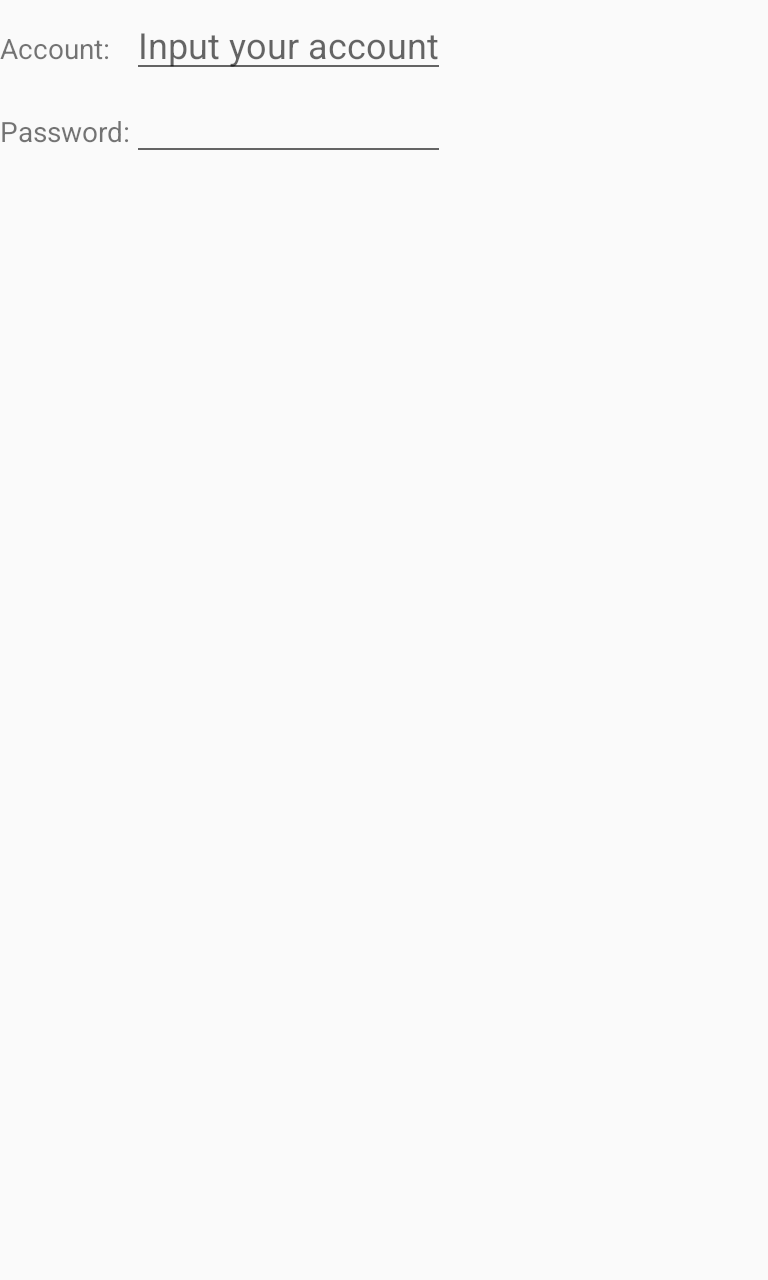
Repository: guyuzhilian/Programs
Layout: Android/UILayoutTest/res/layout/activity_main.xml
An editor plug-in stored every save of this project. The layout is shown before and after the next save, followed by the edit.
It is drawn on a 768 x 1280 px phone screen (xhdpi) without system bars, with theme AppTheme; the app's code is not run.

Above is the layout before, as saved 2015-06-25 08:47:28.

### Android/UILayoutTest/res/layout/activity_main.xml
<TableLayout xmlns:android="http://schemas.android.com/apk/res/android"
	android:layout_width="match_parent"
	android:layout_height="match_parent"
	>

    <TableRow>

        <TextView
            android:layout_height="wrap_content"
            android:text="Account:" />

        <EditText
            android:id="@+id/account"
            android:layout_height="wrap_content"
            android:hint="Input your account" />
    </TableRow>

	<TableRow>

	    <TextView
	        android:layout_height="wrap_content"
	        android:text="Password:" />

	    <EditText
	        android:id="@+id/password"
	        android:layout_height="wrap_content"
	        android:inputType="textPassword"
	        />
	</TableRow>
</TableLayout>

Loaded but not shown: Android/UILayoutTest/res/values/styles.xml (common file); Android/UILayoutTest/res/values-v11/styles.xml (common file); Android/UILayoutTest/res/values-v14/styles.xml (common file)

After the next save:
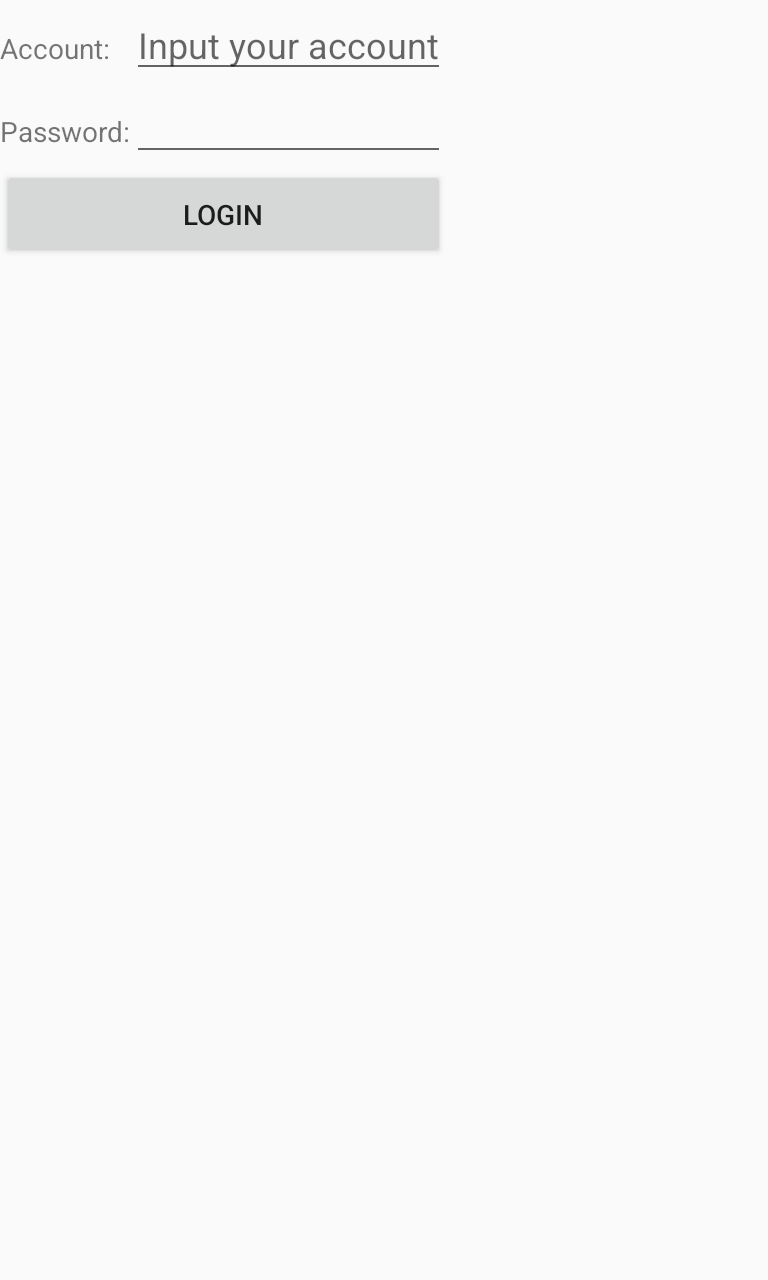
Saved 55 s later.
--- a/Android/UILayoutTest/res/layout/activity_main.xml
+++ b/Android/UILayoutTest/res/layout/activity_main.xml
@@ -27,4 +27,14 @@
 	        android:inputType="textPassword"
 	        />
 	</TableRow>
+
+	<TableRow>
+
+	    <Button
+	        android:id="@+id/login"
+	        android:layout_height="wrap_content"
+	        android:layout_span="2"
+	        android:text="Login"
+	        />
+	</TableRow>
 </TableLayout>
